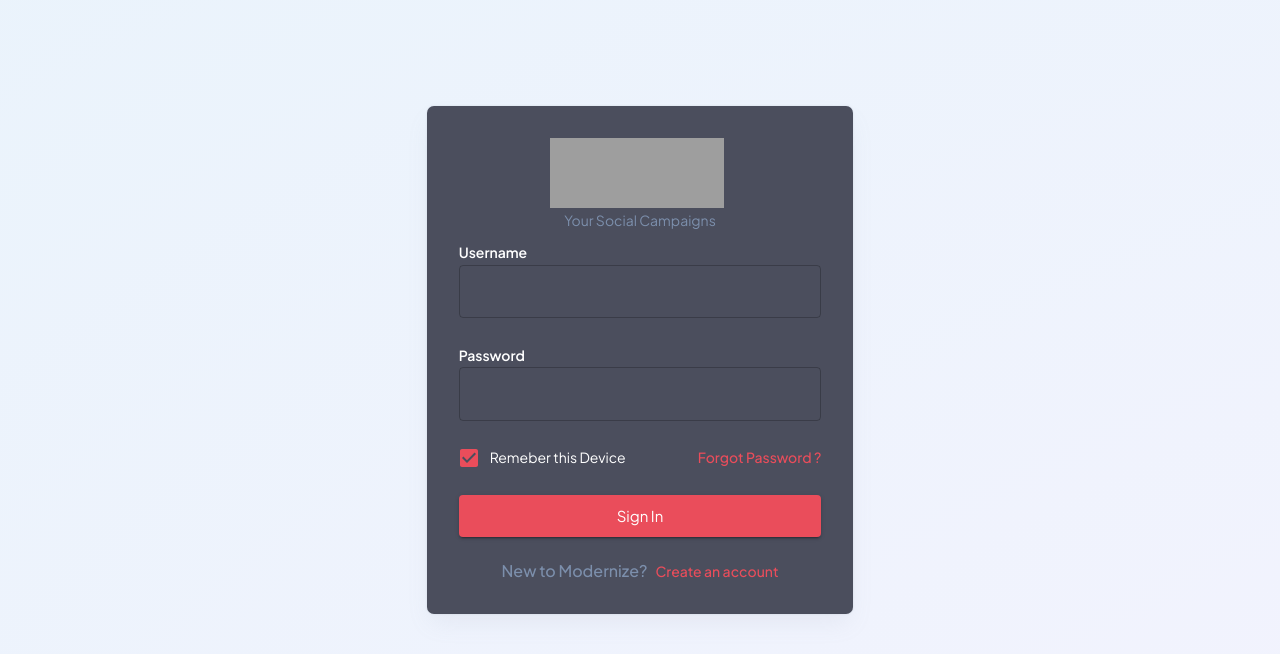
Repository: NoteDevil/adminpanel.dragon-games.com
Page: /authentication/login
The author's editor kept a copy of each file at every save. The page is drawn from the files as they stood at one save, then again after the next save.
The browser window is 1280 px wide. The pictures show the whole page.
Pictures or frames that could not be fetched are drawn as grey boxes. The project was rebuilt for these pictures with package versions that can differ from the ones it lists, and the page was loaded fresh each time. The framework's server and built-in components were replaced by stand-ins that run in the browser. Also part of the build but not shown: next.config.js.

Above is the page before, as saved 2024-09-12 21:49:47.

### src/app/authentication/login/page.tsx
"use client";
import Link from "next/link";
import { Grid, Box, Card, Stack, Typography } from "@mui/material";
// components
import PageContainer from "@/app/(DashboardLayout)/components/container/PageContainer";
import Logo from "@/app/(DashboardLayout)/layout/shared/logo/Logo";
import AuthLogin from "../auth/AuthLogin";

const Login2 = () => {
  return (
    <PageContainer title="Login" description="this is Login page">
      <Box
        sx={{
          position: "relative",
          "&:before": {
            content: '""',
            background: "radial-gradient(#d2f1df, #d3d7fa, #bad8f4)",
            backgroundSize: "400% 400%",
            animation: "gradient 15s ease infinite",
            position: "absolute",
            height: "100%",
            width: "100%",
            opacity: "0.3",
          },
        }}
      >
        <Grid
          container
          spacing={0}
          justifyContent="center"
          sx={{ height: "100vh" }}
        >
          <Grid
            item
            xs={12}
            sm={12}
            lg={4}
            xl={3}
            display="flex"
            justifyContent="center"
            alignItems="center"
          >
            <Card
              elevation={9}
              sx={{ p: 4, zIndex: 1, width: "100%", maxWidth: "500px" }}
            >
              <Box display="flex" alignItems="center" justifyContent="center">
                <Logo />
              </Box>
              <AuthLogin
                subtext={
                  <Typography
                    variant="subtitle1"
                    textAlign="center"
                    color="textSecondary"
                    mb={1}
                  >
                    Your Social Campaigns
                  </Typography>
                }
                subtitle={
                  <Stack
                    direction="row"
                    spacing={1}
                    justifyContent="center"
                    mt={3}
                  >
                    <Typography
                      color="textSecondary"
                      variant="h6"
                      fontWeight="500"
                    >
                      New to Modernize?
                    </Typography>
                    <Typography
                      component={Link}
                      href="/authentication/register"
                      fontWeight="500"
                      sx={{
                        textDecoration: "none",
                        color: "primary.main",
                      }}
                    >
                      Create an account
                    </Typography>
                  </Stack>
                }
              />
            </Card>
          </Grid>
        </Grid>
      </Box>
    </PageContainer>
  );
};
export default Login2;

### src/utils/theme/DefaultColors.tsx
import { createTheme } from "@mui/material/styles";
import { Plus_Jakarta_Sans } from "next/font/google";

export const plus = Plus_Jakarta_Sans({
  weight: ["300", "400", "500", "600", "700"],
  subsets: ["latin"],
  display: "swap",
  fallback: ["Helvetica", "Arial", "sans-serif"],
});

const baselightTheme = createTheme({
  direction: "ltr",
  palette: {
    background: {
      paper: "#4b4e5d",
    },
    primary: {
      main: "#EA4D5B",
      light: "#1F2235",
      dark: "#4570EA",
    },
    secondary: {
      main: "#49BEFF",
      light: "#E8F7FF",
      dark: "#23afdb",
    },
    success: {
      main: "#13DEB9",
      light: "#E6FFFA",
      dark: "#02b3a9",
      contrastText: "#EA4D5B",
    },
    info: {
      main: "#539BFF",
      light: "#EBF3FE",
      dark: "#1682d4",
      contrastText: "#EA4D5B",
    },
    error: {
      main: "#FA896B",
      light: "#FDEDE8",
      dark: "#f3704d",
      contrastText: "#EA4D5B",
    },
    warning: {
      main: "#FFAE1F",
      light: "#FEF5E5",
      dark: "#ae8e59",
      contrastText: "#EA4D5B",
    },
    grey: {
      100: "#F2F6FA",
      200: "#EAEFF4",
      300: "#DFE5EF",
      400: "#7C8FAC",
      500: "#5A6A85",
      600: "#2A3547",
    },
    text: {
      primary: "#FFFFFF",
      secondary: "#7C8FAC",
    },
    action: {
      disabledBackground: "rgba(73,82,88,0.12)",
      hoverOpacity: 0.02,
      hover: "#f6f9fc",
    },
    divider: "#e5eaef",
  },
  typography: {
    fontFamily: plus.style.fontFamily,
    h1: {
      fontWeight: 600,
      fontSize: "2.25rem",
      lineHeight: "2.75rem",
      fontFamily: plus.style.fontFamily,
    },
    h2: {
      fontWeight: 600,
      fontSize: "1.875rem",
      lineHeight: "2.25rem",
      fontFamily: plus.style.fontFamily,
    },
    h3: {
      fontWeight: 600,
      fontSize: "1.5rem",
      lineHeight: "1.75rem",
      fontFamily: plus.style.fontFamily,
    },
    h4: {
      fontWeight: 600,
      fontSize: "1.3125rem",
      lineHeight: "1.6rem",
    },
    h5: {
      fontWeight: 600,
      fontSize: "1.125rem",
      lineHeight: "1.6rem",
    },
    h6: {
      fontWeight: 600,
      fontSize: "1rem",
      lineHeight: "1.2rem",
    },
    button: {
      textTransform: "capitalize",
      fontWeight: 400,
    },
    body1: {
      fontSize: "0.875rem",
      fontWeight: 400,
      lineHeight: "1.334rem",
    },
    body2: {
      fontSize: "0.75rem",
      letterSpacing: "0rem",
      fontWeight: 400,
      lineHeight: "1rem",
    },
    subtitle1: {
      fontSize: "0.875rem",
      fontWeight: 400,
    },
    subtitle2: {
      fontSize: "0.875rem",
      fontWeight: 400,
    },
  },
  components: {
    MuiCssBaseline: {
      styleOverrides: {
        ".MuiPaper-elevation9, .MuiPopover-root .MuiPaper-elevation": {
          boxShadow:
            "rgb(145 158 171 / 30%) 0px 0px 2px 0px, rgb(145 158 171 / 12%) 0px 12px 24px -4px !important",
        },
      },
    },
    MuiCard: {
      styleOverrides: {
        root: {
          borderRadius: "7px",
        },
      },
    },
  },
});

export { baselightTheme };

### src/app/authentication/auth/AuthLogin.tsx
import React from "react";
import {
  Box,
  Typography,
  FormGroup,
  FormControlLabel,
  Button,
  Stack,
  Checkbox,
} from "@mui/material";
import Link from "next/link";

import CustomTextField from "@/app/(DashboardLayout)/components/forms/theme-elements/CustomTextField";

interface loginType {
  title?: string;
  subtitle?: JSX.Element | JSX.Element[];
  subtext?: JSX.Element | JSX.Element[];
}

const AuthLogin = ({ title, subtitle, subtext }: loginType) => (
  <>
    {title ? (
      <Typography fontWeight="700" variant="h2" mb={1}>
        {title}
      </Typography>
    ) : null}

    {subtext}

    <Stack>
      <Box>
        <Typography
          variant="subtitle1"
          fontWeight={600}
          component="label"
          htmlFor="username"
          mb="5px"
        >
          Username
        </Typography>
        <CustomTextField variant="outlined" fullWidth />
      </Box>
      <Box mt="25px">
        <Typography
          variant="subtitle1"
          fontWeight={600}
          component="label"
          htmlFor="password"
          mb="5px"
        >
          Password
        </Typography>
        <CustomTextField type="password" variant="outlined" fullWidth />
      </Box>
      <Stack
        justifyContent="space-between"
        direction="row"
        alignItems="center"
        my={2}
      >
        <FormGroup>
          <FormControlLabel
            control={<Checkbox defaultChecked />}
            label="Remeber this Device"
          />
        </FormGroup>
        <Typography
          component={Link}
          href="/"
          fontWeight="500"
          sx={{
            textDecoration: "none",
            color: "primary.main",
          }}
        >
          Forgot Password ?
        </Typography>
      </Stack>
    </Stack>
    <Box>
      <Button
        color="primary"
        variant="contained"
        size="large"
        fullWidth
        component={Link}
        href="/"
        type="submit"
      >
        Sign In
      </Button>
    </Box>
    {subtitle}
  </>
);

export default AuthLogin;

Loaded but not shown: src/app/layout.tsx (common file); src/app/(DashboardLayout)/components/container/PageContainer.tsx (common file); src/app/(DashboardLayout)/layout/shared/logo/Logo.tsx (common file); src/app/(DashboardLayout)/components/forms/theme-elements/CustomTextField.tsx (common file)

After the next save:
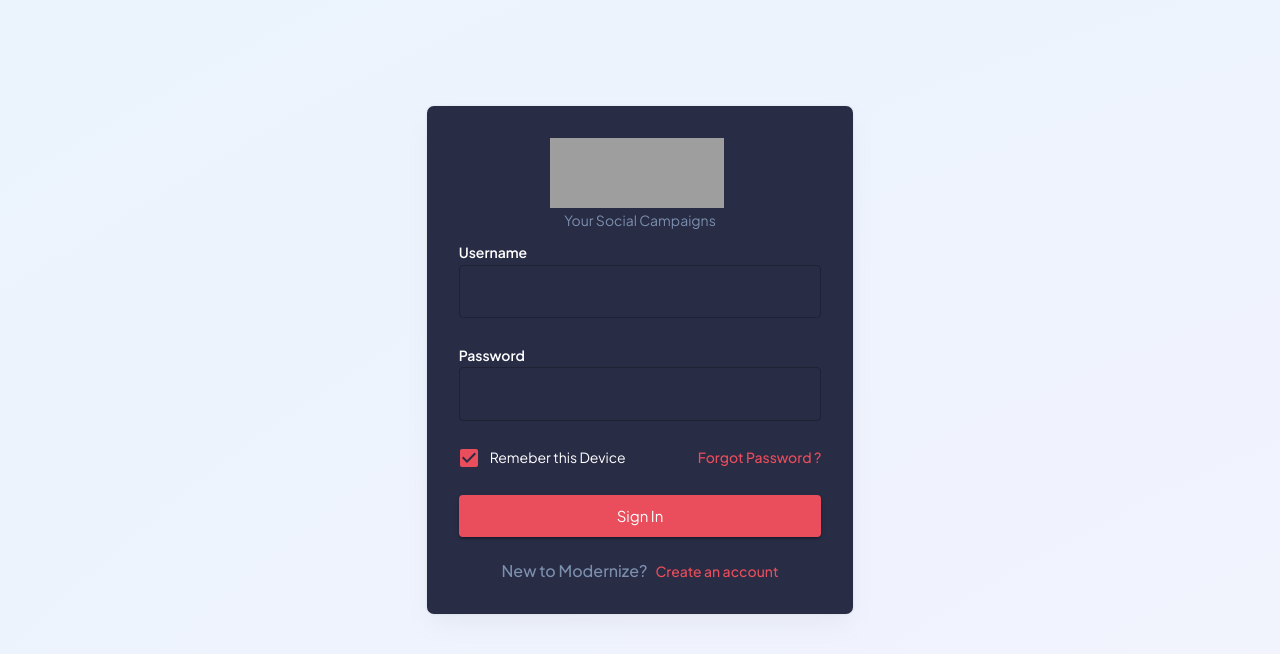
Saved 3 min 3 s later.
--- a/src/utils/theme/DefaultColors.tsx
+++ b/src/utils/theme/DefaultColors.tsx
@@ -12,7 +12,7 @@ const baselightTheme = createTheme({
   direction: "ltr",
   palette: {
     background: {
-      paper: "#4b4e5d",
+      paper: "#282c45",
     },
     primary: {
       main: "#EA4D5B",
